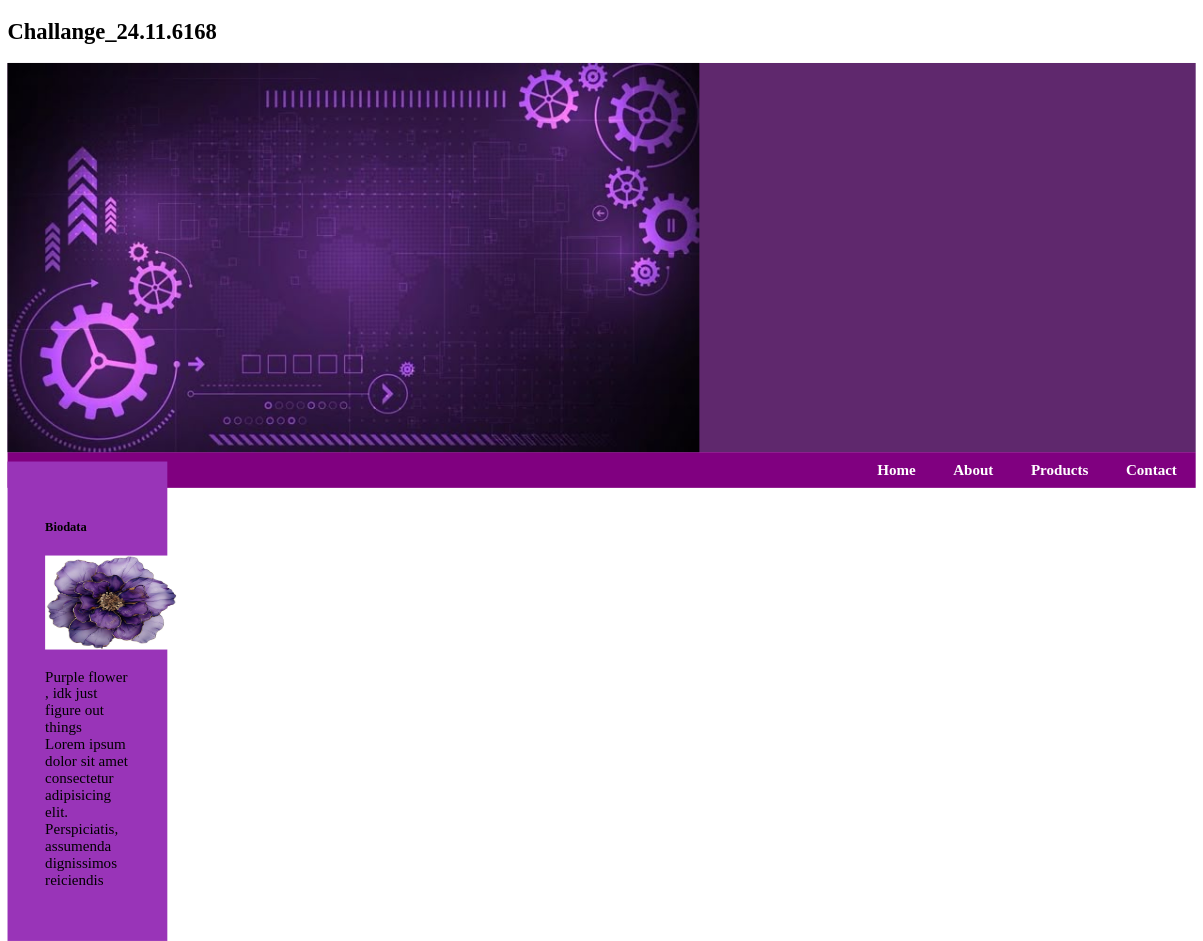
Repository: Ms-Ulfiyahrustam/p5_pemogramanweb
Page: index.html
An editor plug-in stored every save of this project. The page is shown before and after the next save, followed by the edit.
The browser window is 1280 px wide. The pictures show the whole page, at 94% of full size.

Above is the page before, as saved 2026-04-27 09:36:29.

### index.html
<!DOCTYPE html>
<html lang="en">
<head>
    <meta charset="UTF-8">
    <meta name="viewport" content="width=device-width, initial-scale=1.0">
    <link rel="stylesheet" href="style.css">
    <title>Document</title>
</head>
<body class="">
    <h2>Challange_24.11.6168</h2>
    <div class="flex-container">
        <img src="download.jpg" alt="">
    </div>
    <div class="leftside">
        <h5>Biodata</h5>
        <img src="purple.jpg" alt="" width="140" height="100" >
        <p>Purple flower , idk just figure out things <br>
            Lorem ipsum dolor sit amet consectetur adipisicing elit. Perspiciatis, assumenda dignissimos reiciendis  <br>
        </p>
    </div>
    <div class="midplace">
<nav class="menu">
  <ul>
    <li><a href="#">Home</a></li>
    <li><a href="#">About</a></li>
    <li><a href="#">Products</a></li>
    <li><a href="#">Contact</a></li>
  </ul>
</nav>
        </div>
</body>
</html>

### style.css


.flex-container{
    display: flex;
    background-color: rgb(95, 40, 109);
    margin: auto;
}

.leftside{
    width:90px;
    padding: 40px;
    float:left;
    background-color: rgb(153, 52, 184);
    margin-top: 10px;

}

.rightside{

}

.midplace{
    background-color: purple;
    color: azure;

}

.menu {
  background-color: purple;
  padding: 10px 0;
}

.menu ul {
  display: flex;
  justify-content: right;
  list-style: none;
  margin: 0;
  padding: 0;
}

.menu li {
  margin: 0 20px;
}

.menu a {
  text-decoration: none;
  color: white;
  font-weight: bold;
}

After the next save:
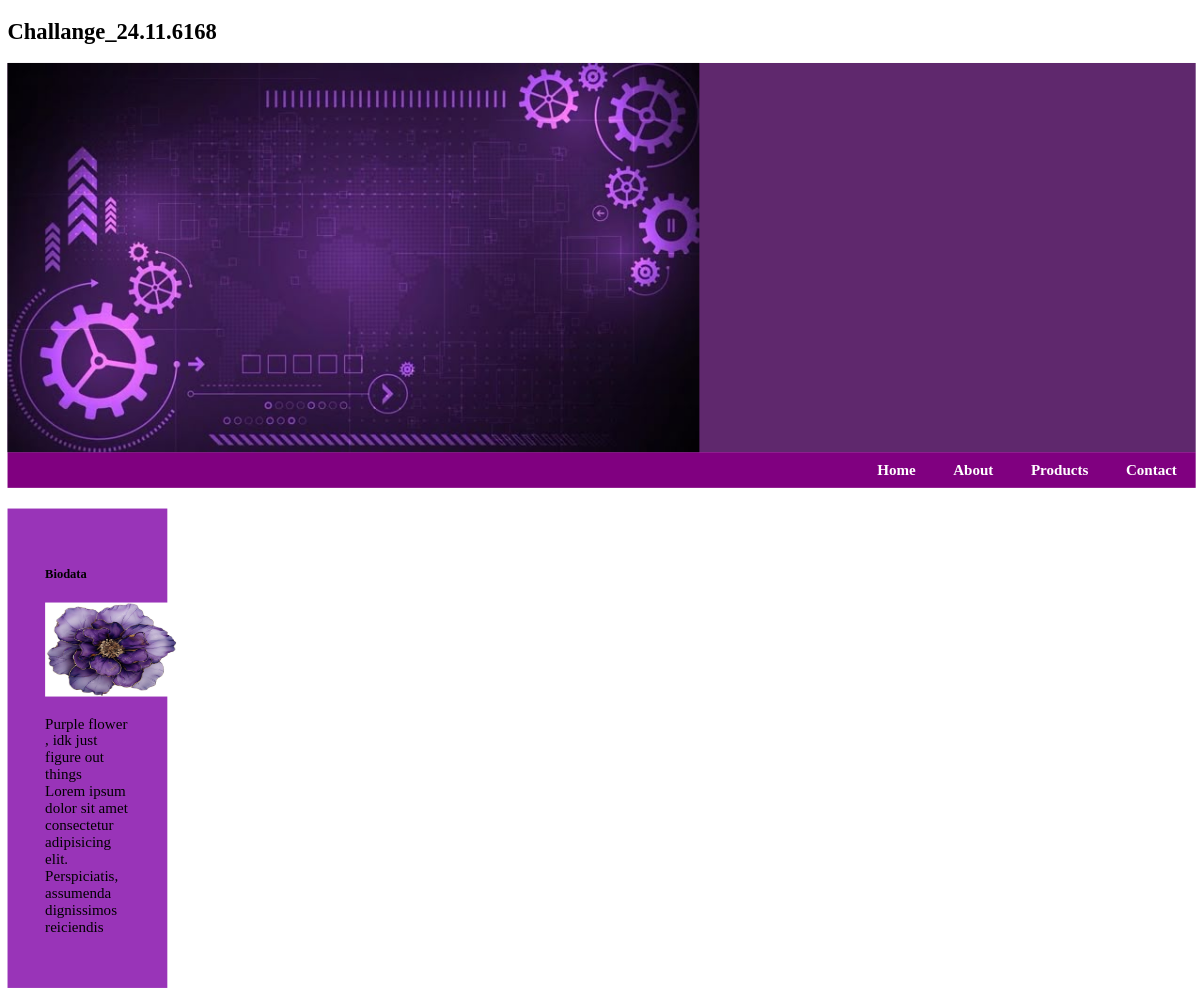
Saved 6 s later.
--- a/style.css
+++ b/style.css
@@ -11,7 +11,7 @@
     padding: 40px;
     float:left;
     background-color: rgb(153, 52, 184);
-    margin-top: 10px;
+    margin-top: 60px;
 
 }
 

After the save that followed:
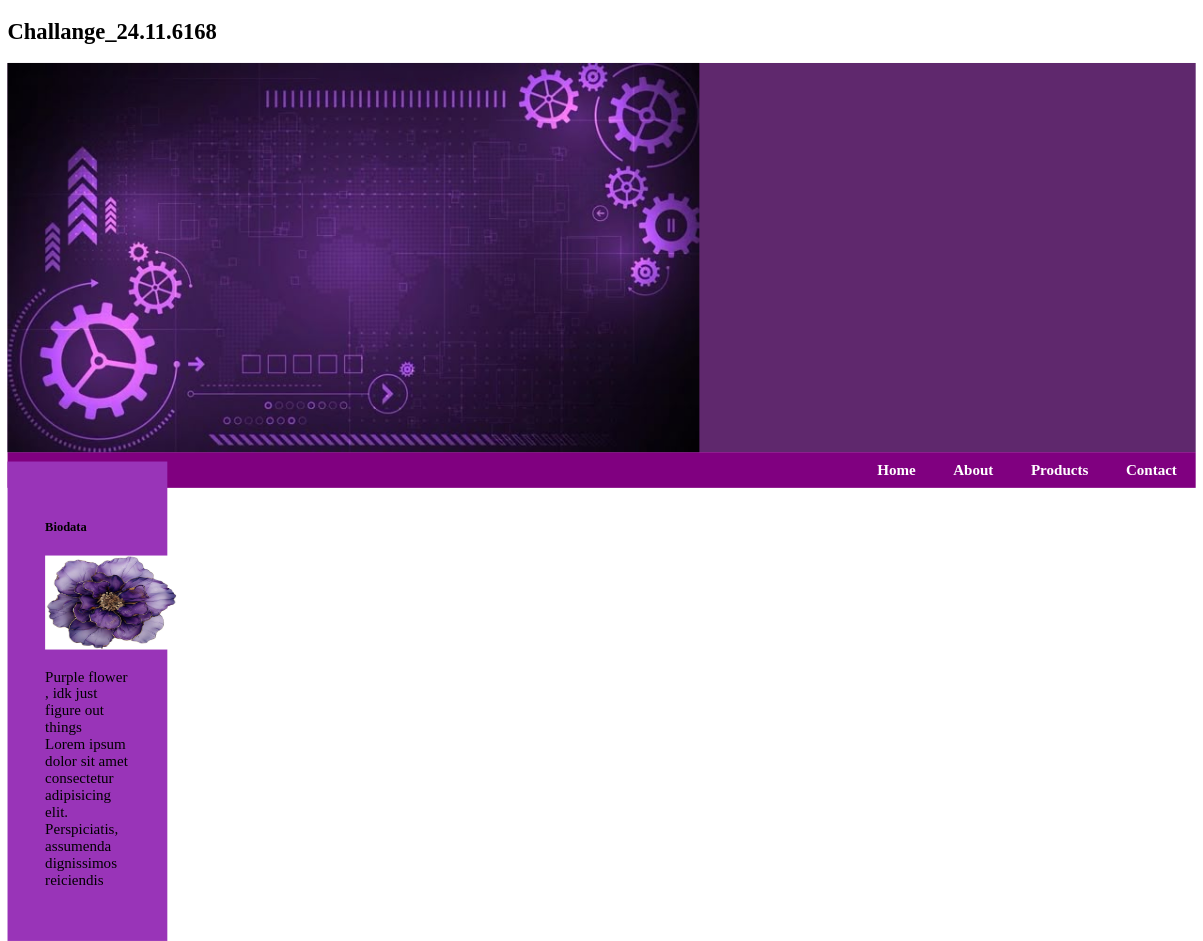
Saved 6 s later.
--- a/style.css
+++ b/style.css
@@ -11,7 +11,7 @@
     padding: 40px;
     float:left;
     background-color: rgb(153, 52, 184);
-    margin-top: 60px;
+    margin-top: 10px;
 
 }
 
